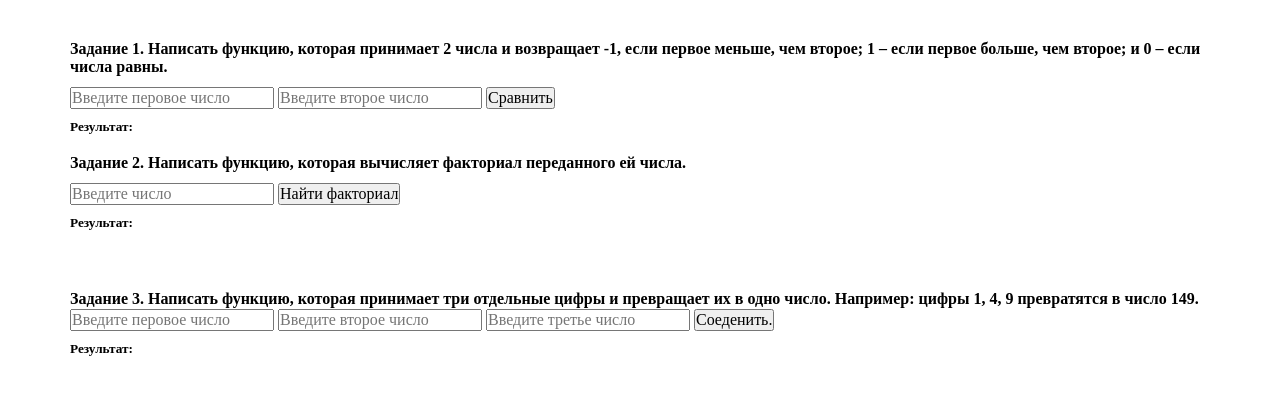
Repository: NastyaGavrilova/Beetroot-js
Page: HW3/index.html
The author's editor kept a copy of each file at every save. The page is drawn from the files as they stood at one save, then again after the next save.
The browser window is 1280 px wide. The pictures show the whole page.

Above is the page before, as saved 2021-10-18 14:34:19.

### HW3/index.html
<!DOCTYPE html>
<html lang="en">
  <head>
    <meta charset="UTF-8" />
    <meta http-equiv="X-UA-Compatible" content="IE=edge" />
    <meta name="viewport" content="width=device-width, initial-scale=1.0" />
    <link
      rel="stylesheet"
      href="https://cdnjs.cloudflare.com/ajax/libs/normalize/8.0.1/normalize.min.css"
      integrity="sha512-NhSC1YmyruXifcj/KFRWoC561YpHpc5Jtzgvbuzx5VozKpWvQ+4nXhPdFgmx8xqexRcpAglTj9sIBWINXa8x5w=="
      crossorigin="anonymous"
      referrerpolicy="no-referrer"
    />
    <link rel="stylesheet" href="./index.css" />
    <title>Functions</title>
  </head>
  <body>
    <section class="c-task-one">
      <h4 class="c-task-one__title">
        Задание 1. Написать функцию, которая принимает 2 числа и возвращает -1,
        если первое меньше, чем второе; 1 – если первое больше, чем второе; и 0
        – если числа равны.
      </h4>
      <form
        action="#"
        method="post"
        class="c-task-one__form"
        id="js-task1-form"
      >
        <input
          type="number"
          id="js-task1-input1"
          placeholder="Введите перовое число"
        />
        <input
          type="number"
          id="js-task1-input2"
          placeholder="Введите второе число"
        />
        <button id="js-task1-btn">Сравнить</button>
      </form>
      <h5>Результат: <span id="js-task1-span"></span></h5>
    </section>

    <section class="c-task-two">
      <h4 class="c-task-two__title">
        Задание 2. Написать функцию, которая вычисляет факториал переданного ей
        числа.
      </h4>
      <form
        action="#"
        method="post"
        class="c-task-two__form"
        id="js-task2-form"
      >
        <input type="number" id="js-task2-input1" placeholder="Введите число" />
        <button id="js-task2-btn">Найти факториал</button>
      </form>
      <h5>Результат: <span id="js-task2-span"></span></h5>
    </section>

    <section class="c-task-one c-tasks">
      <h4 class="c-task-third__title">
        Задание 3. Написать функцию, которая принимает три отдельные цифры и
        превращает их в одно число. Например: цифры 1, 4, 9 превратятся в число
        149.
      </h4>
      <form
        action="#"
        method="post"
        class="c-task-two__form"
        id="js-task3-form"
      >
        <input
          type="number"
          id="js-task3-input1"
          placeholder="Введите перовое число"
        />
        <input
          type="number"
          id="js-task3-input2"
          placeholder="Введите второе число"
        />
        <input
          type="number"
          id="js-task3-input3"
          placeholder="Введите третье число"
        />
        <button id="js-task3-btn">Соеденить.</button>
      </form>
      <h5>Результат: <span id="js-task3-span"></span></h5>
    </section>

    <script src="./index.js"></script>
  </body>
</html>

### HW3/index.css
* {
  box-sizing: border-box;
  padding: 0;
  margin: 0;
}

body {
  max-width: 1200px;
  margin: 0 auto;
}
.c-task-one {
  padding: 40px 30px 20px 30px;
}

.c-task-one__title {
  margin-bottom: 10px;
}
.c-task-one__form {
  margin-bottom: 10px;
}

.c-task-two {
  padding: 0 30px 20px 30px;
}
.c-task-two__title {
  margin-bottom: 10px;
}
.c-task-two__form {
  margin-bottom: 10px;
}
.c-task-third {
  padding: 0 30px 20px 30px;
}

### HW3/index.js
// const log = console.log;
// Task 1
let btn1 = document.getElementById("js-task1-btn");
btn1.addEventListener("click", (e) => {
  e.preventDefault();
  let task = document.getElementById("js-task1-input1");
  let task1 = document.getElementById("js-task1-input2");
  let span1 = document.getElementById("js-task1-span");
  let one = 1;
  let minusOne = -1;
  let zero = 0;
  if (task.value < task1.value) {
    return (span1.innerHTML = minusOne);
  } else if (task.value > task1.value) {
    return (span1.innerHTML = one);
  } else if (task.value == task1.value) {
    return (span1.innerHTML = zero);
  }
});

// task 2
let btn2 = document.getElementById("js-task2-btn");
btn2.addEventListener("click", (e) => {
  e.preventDefault();
  let task2 = document.getElementById("js-task2-input1");
  let span2 = document.getElementById("js-task2-span");
  let total = 1;
  for (i = task2.value; i > 1; i--) {
    total *= i;
  }
  return (span2.innerHTML = total);
});

// task 3
let btn3 = document.getElementById("js-task3-btn");
btn3.addEventListener("click", (e) => {
  e.preventDefault();
  let task3 = document.getElementById("js-task3-input1");
  let task3_1 = document.getElementById("js-task3-input2");
  let task3_2 = document.getElementById("js-task3-input3");
  let span3 = document.getElementById("js-task3-span");
  if (isNaN(task3.value, task3_1.value, task3_2.value)) {
    return (span3.innerHTML = "Введеное число не цифра");
  }
  return (span3.innerHTML = `${task3.value}${task3_1.value}${task3_2.value}`);
});

// task 4

// let side = +prompt("Задание 4. Введите первую сторону.");
// let side1 = +prompt("Задание 4. Введите второю сторону.");

// let square = (s, s1) => {
//   let square1;
//   if (s != "" && s1 != "") {
//     square1 = s * s1;
//     return log(`Площадь прямоугольника ${square1}`);
//   } else if (s != "" && s1 == "") {
//     square1 = s * s;
//     log(`Площадь квадрата ${square1}`);
//   } else if (s == "" && s1 != "") {
//     square1 = s1 * s1;
//     log(`Площадь квадрата ${square1}`);
//   }
// };

// square(side, side1);

After the next save:
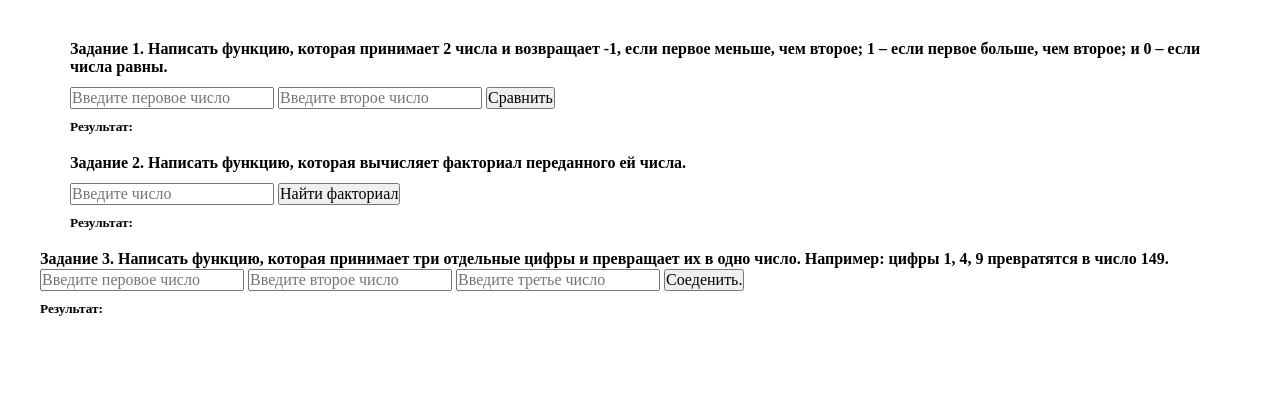
Saved 26 s later.
--- a/HW3/index.html
+++ b/HW3/index.html
@@ -42,7 +42,7 @@
       <h5>Результат: <span id="js-task1-span"></span></h5>
     </section>
 
-    <section class="c-task-two">
+    <section class="c-task-two c-tasks">
       <h4 class="c-task-two__title">
         Задание 2. Написать функцию, которая вычисляет факториал переданного ей
         числа.
@@ -59,7 +59,7 @@
       <h5>Результат: <span id="js-task2-span"></span></h5>
     </section>
 
-    <section class="c-task-one c-tasks">
+    <section class="c-task-three c-tasks">
       <h4 class="c-task-third__title">
         Задание 3. Написать функцию, которая принимает три отдельные цифры и
         превращает их в одно число. Например: цифры 1, 4, 9 превратятся в число
